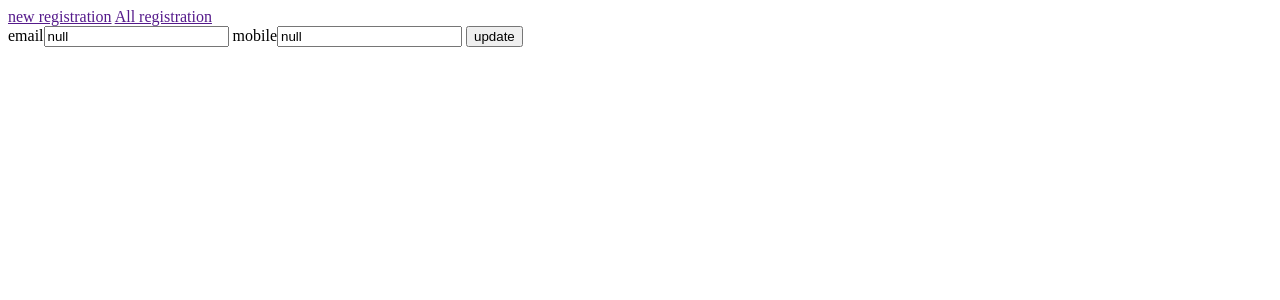
Repository: anujkumar163/Tom_cad
Page: http://localhost/student_app/update
The author's editor kept a copy of each file at every save. The page is drawn from the files as they stood at one save, then again after the next save.
The browser window is 1280 px wide. The pictures show the whole page.
The page is served by Tomcat 9. Other server files are loaded and not shown.

Above is the page before, as saved 2022-06-10 10:04:07.

### student_app/src/main/webapp/update.jsp
<%@ page language="java" contentType="text/html; charset=ISO-8859-1"
    pageEncoding="ISO-8859-1"%>

<%@ include file="menu.jsp" %>
<!DOCTYPE html>
<html>
<head>
<meta charset="ISO-8859-1">
<title>Insert title here</title>
</head>
<body>
	<form action="update" method="post">
	email<input type="text" name="email" value="<%=request.getAttribute("email") %>">
	mobile<input type="text" name="mobile" value="<%=request.getAttribute("mobile") %>">
	<input type="submit" value="update">
	</form>

</body>
</html>

### student_app/src/main/webapp/menu.jsp
<%@ page language="java" contentType="text/html; charset=ISO-8859-1"
    pageEncoding="ISO-8859-1"%>
<!DOCTYPE html>
<html>
<head>
<meta charset="ISO-8859-1">
<title>Insert title here</title>
</head>
<body>
	<a href="">new registration</a>
	<a href="">All registration</a>
</body>
</html>

### student_app/src/main/java/com/student_app/controller/UpdateController.java
package com.student_app.controller;

import java.io.IOException;
import java.sql.ResultSet;

import javax.servlet.RequestDispatcher;
import javax.servlet.ServletException;
import javax.servlet.annotation.WebServlet;
import javax.servlet.http.HttpServlet;
import javax.servlet.http.HttpServletRequest;
import javax.servlet.http.HttpServletResponse;

import com.student_app.model.DAOService;
import com.student_app.model.DAOServiceImpl;


@WebServlet("/update")
public class UpdateController extends HttpServlet {
	private static final long serialVersionUID = 1L;


    public UpdateController() {
        super();

    }

	protected void doGet(HttpServletRequest request, HttpServletResponse response) throws ServletException, IOException {
		String email = request.getParameter("email");
		String mobile = request.getParameter("mobile");
		//showing this date get from listall registr email, mobile in update page

		request.setAttribute("email", email);
		request.setAttribute("mobile", mobile);

		RequestDispatcher rd = request.getRequestDispatcher("update.jsp");
		rd.forward(request, response);
	}


	protected void doPost(HttpServletRequest request, HttpServletResponse response) throws ServletException, IOException {
		String email = request.getParameter("email");
		String mobile = request.getParameter("mobile");
		DAOService service =new DAOServiceImpl();
		service.connectDB();

		service.updateReg(email, mobile);

		ResultSet result = service.showAll();
		request.setAttribute("result", result);
		RequestDispatcher rd = request.getRequestDispatcher("listAll.jsp");
		rd.forward(request, response);

	}

}

After the next save:
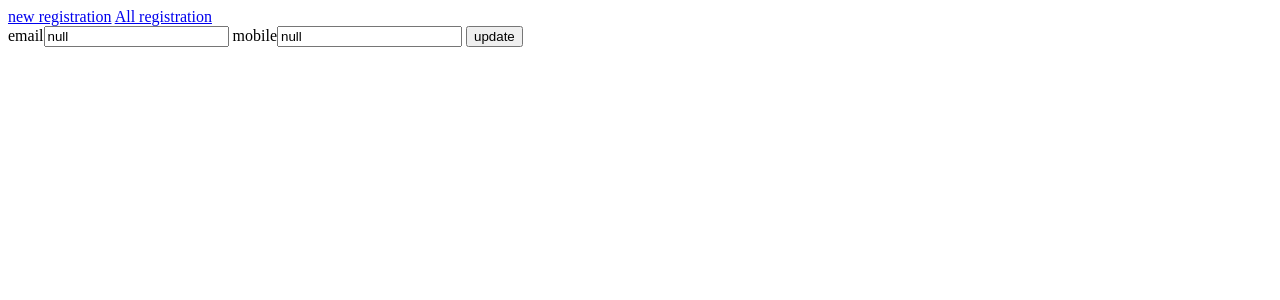
Saved 45 s later.
--- a/student_app/src/main/webapp/menu.jsp
+++ b/student_app/src/main/webapp/menu.jsp
@@ -7,7 +7,7 @@
 <title>Insert title here</title>
 </head>
 <body>
-	<a href="">new registration</a>
-	<a href="">All registration</a>
+	<a href="register">new registration</a>
+	<a href="ListAll">All registration</a>
 </body>
 </html>
